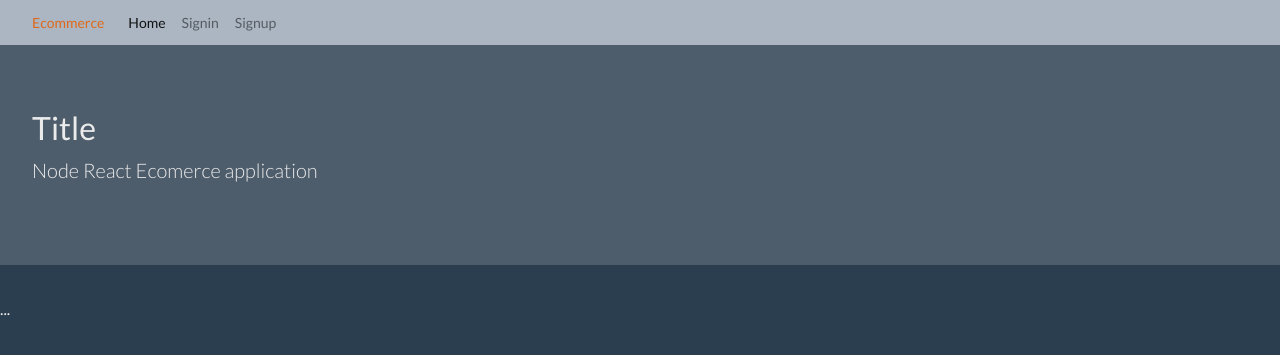
Repository: godlikeAlex/ecommerce-frontend-react
Page: /
An editor plug-in stored every save of this project. The page is shown before and after the next save, followed by the edit.
The browser window is 1280 px wide. The pictures show the whole page.
The project was rebuilt for these pictures with package versions that can differ from the ones it lists, and the page was loaded fresh each time. Also part of the build but not shown: src/components/Auth/SignIn.js, src/components/Auth/SignUp.js.

Above is the page before, as saved 2019-12-12 01:07:34.

### public/index.html
<!DOCTYPE html>
<html lang="en">
  <head>
    <meta charset="utf-8" />
    <link rel="icon" href="%PUBLIC_URL%/favicon.ico" />
    <meta name="viewport" content="width=device-width, initial-scale=1" />
    <meta name="theme-color" content="#000000" />
    <meta
      name="description"
      content="Web site created using create-react-app"
    />
    <link rel="apple-touch-icon" href="%PUBLIC_URL%/logo192.png" />
    <!--
      manifest.json provides metadata used when your web app is installed on a
      user's mobile device or desktop. See https://developers.google.com/web/fundamentals/web-app-manifest/
    -->
    <link rel="manifest" href="%PUBLIC_URL%/manifest.json" />
    <!--
      Notice the use of %PUBLIC_URL% in the tags above.
      It will be replaced with the URL of the `public` folder during the build.
      Only files inside the `public` folder can be referenced from the HTML.

      Unlike "/favicon.ico" or "favicon.ico", "%PUBLIC_URL%/favicon.ico" will
      work correctly both with client-side routing and a non-root public URL.
      Learn how to configure a non-root public URL by running `npm run build`.
    -->
    <link rel="stylesheet" href="https://bootswatch.com/4/superhero/bootstrap.min.css">
    <title>Express Ecomerce Application</title>
  </head>
  <body>
    <noscript>You need to enable JavaScript to run this app.</noscript>
    <div id="root"></div>
    <!--
      This HTML file is a template.
      If you open it directly in the browser, you will see an empty page.

      You can add webfonts, meta tags, or analytics to this file.
      The build step will place the bundled scripts into the <body> tag.

      To begin the development, run `npm start` or `yarn start`.
      To create a production bundle, use `npm run build` or `yarn build`.
    -->
  </body>
</html>

### src/App.js
import React from 'react';
import Routes from './Routes';

function App() {
  return (
    <div className="App">
      <Routes />
    </div>
  );
}

export default App;

### src/Routes.js
import React from 'react';
import {BrowserRouter as Router, Switch, Route} from 'react-router-dom';
import SignIn from './components/Auth/SignIn';
import SignUp from './components/Auth/SignUp';
import Home from './components/Core/MainPage';
import Menu from './components/Core/Menu';

const Routes = () => (
    <Router>
        <Menu />
        <Switch>
            <Route path='/' exact component={Home} />
            <Route path='/signin' exact component={SignIn} />
            <Route path='/signup' exact component={SignUp} />
        </Switch>
    </Router>
);

export default Routes;

### src/components/Core/MainPage.js
import React from 'react';
import Layout from './Layout';

const MainPage = () => {
    return (
        <div>
            <Layout title="Home Page" description="Node React Ecomerce application">
                ...
            </Layout>
        </div>
    )
};

export default MainPage;

### src/components/Core/Menu.js
import React from 'react';
import { Link, withRouter } from 'react-router-dom';

const isActive = (history, path) => {
    const defaultClasses = 'nav-item nav-link';
    return history.location.pathname === path ? `${defaultClasses} active` : defaultClasses;
}

const Menu = ({history}) => {
    return (
        <nav class="navbar navbar-expand-lg navbar-light bg-light">
            <Link className="nav-item nav-link" to="/">Ecommerce</Link>
            <button class="navbar-toggler" type="button" data-toggle="collapse" data-target="#navbarNavAltMarkup" aria-controls="navbarNavAltMarkup" aria-expanded="false" aria-label="Toggle navigation">
                <span class="navbar-toggler-icon"></span>
            </button>
            <div class="collapse navbar-collapse" id="navbarNavAltMarkup">
                <div class="navbar-nav">
                    <Link className={isActive(history, '/')} to="/">Home <span class="sr-only">(current)</span></Link>
                    <Link className={isActive(history, '/signin')} to="/signin">Signin</Link>
                    <Link className={isActive(history, '/signup')} to="/signup">Signup</Link>
                </div>
            </div>
        </nav>
    )
};

export default withRouter(Menu);

### src/components/Core/Layout.js
import React from 'react';

const Layout = ({title = 'Title', description = 'Desc', className, children}) => (
    <div>
        <div className="jumbotron">
            <h2>Title</h2>
            <p className="lead">{description}</p>
        </div>
        <div className={className}>
            {children}
        </div>
    </div>
);

export default Layout;

Loaded but not shown: src/index.js (common file)

After the next save:
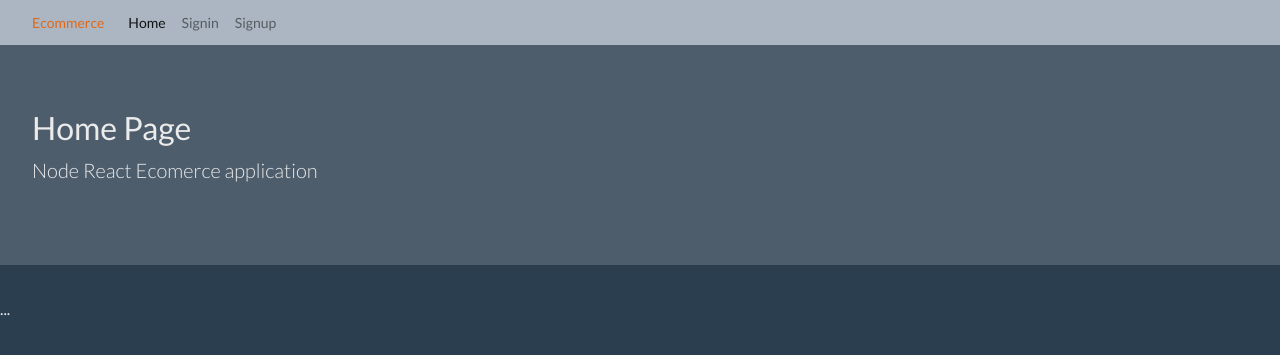
Saved 28 s later.
--- a/src/components/Core/Layout.js
+++ b/src/components/Core/Layout.js
@@ -3,7 +3,7 @@ import React from 'react';
 const Layout = ({title = 'Title', description = 'Desc', className, children}) => (
     <div>
         <div className="jumbotron">
-            <h2>Title</h2>
+            <h2>{title}</h2>
             <p className="lead">{description}</p>
         </div>
         <div className={className}>
